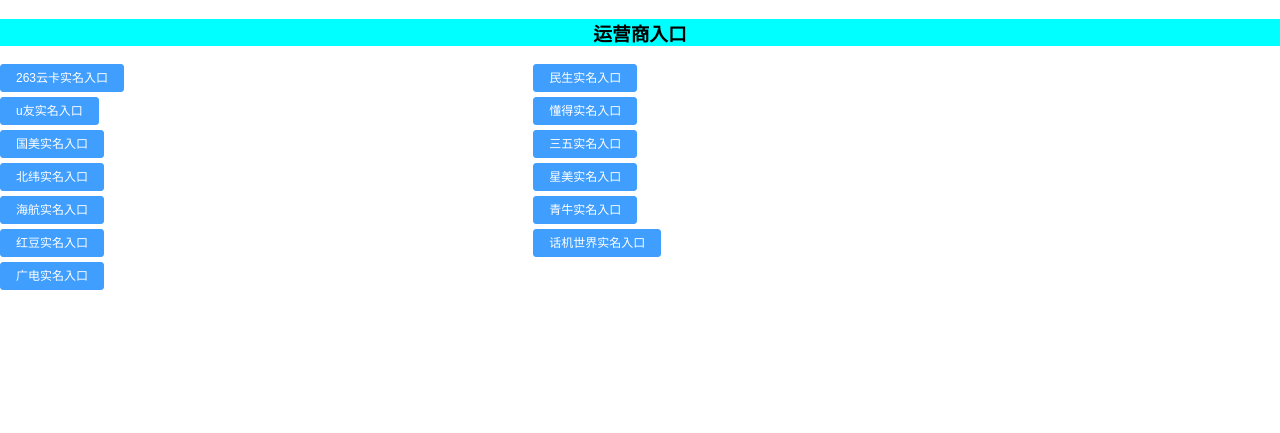
Repository: cmlsir1024/index-test
Page: index.html
The author's editor kept a copy of each file at every save. The page is drawn from the files as they stood at one save, then again after the next save.
The browser window is 1280 px wide. The pictures show the whole page.

Above is the page before, as saved 2023-10-12 11:36:12.

After the next save:
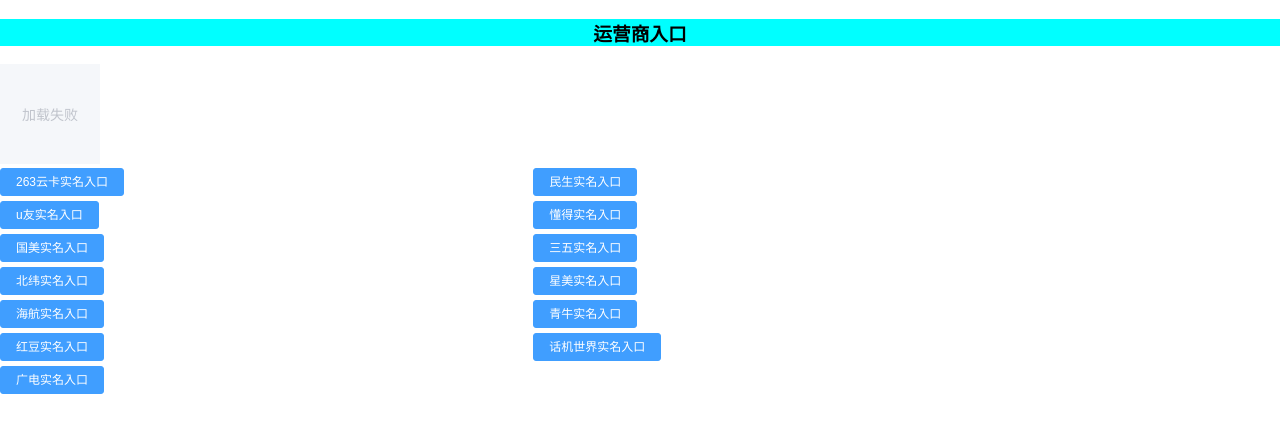
Saved 32 s later.
--- a/index.html
+++ b/index.html
@@ -100,6 +100,7 @@
   <body>
     <div id="app">
       <h3 style="background-color: aqua; text-align: center">运营商入口</h3>
+      <el-image style="width: 100px; height: 100px" :src="jpgList"></el-image>
       <div class="box">
         <el-row>
           <el-col :span="10" v-for="item in dataList">
